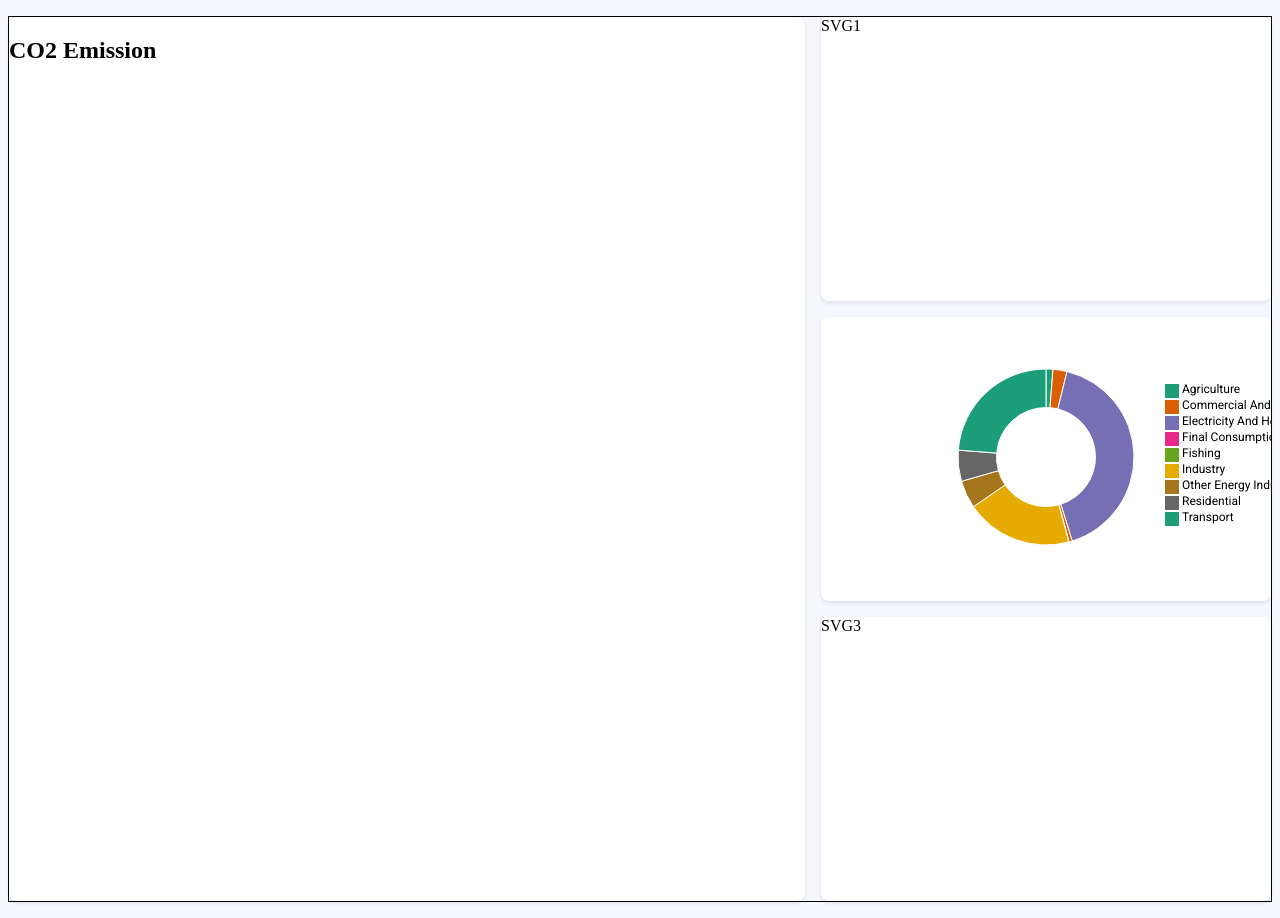
Repository: losmarco/CO2-Emission-Data-Dashboard
Page: index.html
The author's editor kept a copy of each file at every save. The page is drawn from the files as they stood at one save, then again after the next save.
The browser window is 1280 px wide. The pictures show the whole page.
The style sheet was rebuilt from its Sass, Less or Tailwind sources for each picture, by a compiler version that may differ from the author's.

Above is the page before, as saved 2020-03-29 17:47:41.

### index.html
<!DOCTYPE html>
<html lang="en">
<head>
    <meta charset="UTF-8">
    <meta name="viewport" content="width=device-width, initial-scale=1.0">
    <meta http-equiv="X-UA-Compatible" content="ie=edge">
    <title>CO2 Emission Data Chart</title>

    <link rel="stylesheet" href="style.css">
    <script src="https://d3js.org/d3.v5.min.js"></script>
</head>
<body>
    <div class="container">
        <div class="card main_graph">
            <h2>CO2 Emission</h2>
        </div>


        <div class="card graph1">SVG1</div>
        <div class="card graph2">
            <div id="donut"></div>
        </div>
        <div class="card graph3">SVG3</div>
    </div>
</body>
    <script src="javascript/master.js"></script>
    <script src="javascript/chart.js"></script>
</html>

### javascript/master.js
//Parsing CSV file

### javascript/chart.js
//This document is for d3 related script ( ͡° ͜ʖ ͡°)

//Donut Chart
// set the dimensions and margins of the graph
var width = 450
    height = 280
    margin = 30
// The radius of the pieplot is half the width or half the height (smallest one). I subtract a bit of margin.
var radius = Math.min(width, height) / 2 - margin

//append the svg object to the div called 'donut'
var svg = d3.select("#donut")
            .append("svg")
            .attr("width", width)
            .attr("height", height)
            .append("g")
            .attr("transform", "translate(" + width / 2 + "," + height / 2 + ")");




//Color
var color = d3.scaleOrdinal()
.domain(["Agriculture",
        "Commercial And Public Services",
        "Electricity And Heat Producers",
        "Final Consumption Not Else where Specified",
        "Fishing",
        "Industry",
        "Other Energy Industries",
        "Residential",
        "Transport"])
.range(d3.schemeDark2);

d3.csv("data/world-sector.csv")
  .then(function(csvdata){

    var latestData = csvdata[csvdata.length - 1];

    var agri = parseInt(latestData.agriculture),
        cap = parseInt(latestData.commercialAndPublicServices),
        eahp = parseInt(latestData.electricityAndHeatProducers),
        fcnes = parseInt(latestData.finalConsumptionNotElsewhereSpecified),
        fishing = parseInt(latestData.fishing),
        industry = parseInt(latestData.industry),
        oei = parseInt(latestData.otherEnergyIndustries),
        residential = parseInt(latestData.residential),
        transport = parseInt(latestData.transport);

  const total = (agri + cap + eahp + fcnes + fishing + industry + oei + residential + transport);

  const percent = 100;

  var agri = ((agri/total) * percent).toFixed(2),
      cap = ((cap/total) * percent).toFixed(2),
      eahp = ((eahp/total) * percent).toFixed(2),
      fcnes = ((fcnes/total) * percent).toFixed(2),
      fishing = ((fishing/total) * percent).toFixed(2),
      industry = ((industry/total) * percent).toFixed(2),
      oei = ((oei/total) * percent).toFixed(2),
      residential = ((residential/total) * percent).toFixed(2),
      transport = ((transport/total) * percent).toFixed(2);


  //Final Data
  var data = {"Agriculture": agri,
              "Commercial And Public Services": cap,
              "Electricity And Heat Producers": eahp,
              "Final Consumption":fcnes ,
              "Fishing": fishing,
              "Industry":industry,
              "Other Energy Industries": oei,
              "Residential":residential,
              "Transport":transport
            }

  // Compute the position of each group on the pie:
  var pie = d3.pie()
    .sort(null) // Do not sort group by size
    .value(function(d) {return d.value; })
  var data_ready = pie(d3.entries(data))

  // The arc generator + hole size
  var arc = d3.arc()
    .innerRadius(radius * 0.45)
    .outerRadius(radius * 0.8)

  // Build the pie chart: Basically, each part of the pie is a path that we build using the arc function.
  svg.selectAll('allSlices')
      .data(data_ready)
      .enter()
      .append('path')
      .attr('d', arc)
      .attr('fill', function(d){ return(color(d.data.key)) })
      .attr("stroke", "white")
      .style("stroke-width", "1px")
      .style("opacity", 1)


})//closing tag for d3.csv

//Legend
var legendRectSize = 12;
var legendSpacing = 4;

var legend = svg.selectAll('.legend')
                .data(color.domain())
                .enter()
                .append('g')
                .attr('class', 'legend')
                .attr('transform', function(d, i) {
                  var height = legendRectSize + legendSpacing;
                  var offset =  height * color.domain().length / 2;
                  var horz = 10 * legendRectSize;
                  var vert = i * height - offset;
                  return 'translate(' + horz + ',' + vert + ')';
});


legend.append('rect')
  .attr('width', legendRectSize)
  .attr('height', legendRectSize)
  .style('fill', color)
  .style('stroke', color);

legend.append('text')
  .attr('x', legendRectSize + legendSpacing )
  .attr('y', legendRectSize - legendSpacing)
  .text(function(d) { return d; });


//End of Donut Chart


  // Add the polylines between chart and labels:
  // svg
  //   .selectAll('allPolylines')
  //   .data(data_ready)
  //   .enter()
  //   .append('polyline')
  //     .attr("stroke", "black")
  //     .style("fill", "none")
  //     .attr("stroke-width", 1)
  //     .attr('points', function(d) {
  //       var posA = arc.centroid(d) // line insertion in the slice
  //       var posB = outerArc.centroid(d) // line break: we use the other arc generator that has been built only for that
  //       var posC = outerArc.centroid(d); // Label position = almost the same as posB
  //       var midangle = d.startAngle + (d.endAngle - d.startAngle) / 2 // we need the angle to see if the X position will be at the extreme right or extreme left
  //       posC[0] = radius * 0.95 * (midangle < Math.PI ? 1 : -1); // multiply by 1 or -1 to put it on the right or on the left
  //       return [posA, posB, posC]
  //     })

  // Add the polylines between chart and labels:
  // svg
  //   .selectAll('allLabels')
  //   .data(data_ready)
  //   .enter()
  //   .append('text')
  //     .text( function(d) { console.log(d.data.key) ; return d.data.key } )
  //     .attr('transform', function(d) {
  //         var pos = outerArc.centroid(d);
  //         var midangle = d.startAngle + (d.endAngle - d.startAngle) / 2
  //         pos[0] = radius * 0.99 * (midangle < Math.PI ? 1 : -1);
  //         return 'translate(' + pos + ')';
  //     })
  //     .style('text-anchor', function(d) {
  //         var midangle = d.startAngle + (d.endAngle - d.startAngle) / 2
  //         return (midangle < Math.PI ? 'start' : 'end')
  //     })

### style.scss
//Google Font
@import url('https://fonts.googleapis.com/css2?family=Roboto:ital,wght@0,100;0,300;0,400;0,500;0,700;0,900;1,100;1,300;1,400;1,500;1,700;1,900&display=swap');

// Font
@mixin header{
    font-family: 'Roboto', sans-serif;
    font-weight: 700;
}
@mixin text{
    font-family: 'Roboto', sans-serif;
    font-weight: 500;
    font-size: 12px;
}

// Color
$backgroun-white:#f4f7fc;
$white: #ffffff;
$grey: #828f95;
$black: #252831;
$purple: #7b43a1;
$orange: #ff9824;
$pink: #f2317a;
$primary-green:#58cf6c;
$secondary-green: #43a19e;

//Card
@mixin card-background{
    background-color: $white;
    border-radius: 8px;
    box-shadow: 0 2px 4px rgba(0,0,0,0.04), 0 2px 4px rgba(0,0,0,0.06);
}

body{
    background: $backgroun-white;
}

.container{
    display:grid;
    grid-template-rows: repeat(3, 1fr);
    grid-template-columns:repeat(4, 1fr);
    grid-gap: 1em;
    border: 1px solid black;
    margin: 1em auto;
}

.main_graph{
    grid-row:1/4;
    grid-column: 1/4;
}

.graph1{
    grid-row:1/2;
    grid-column: 4/5;
}

.graph2{
    grid-row:2/3;
    grid-column: 4/5;
    width: 450px;
    //  g{
    // transform: translateX(-150px);
    // }
    .legend {
        font-family: 'Roboto', sans-serif;
        font-size: 12px;
        font-weight:400;
    }
    rect {
        stroke-width: 2;
    }


}

.graph3{
    grid-row:3/4;
    grid-column: 4/5;
}

.card{
    @include card-background;
}
svg{
    margin: 0 auto;

}

After the next save:
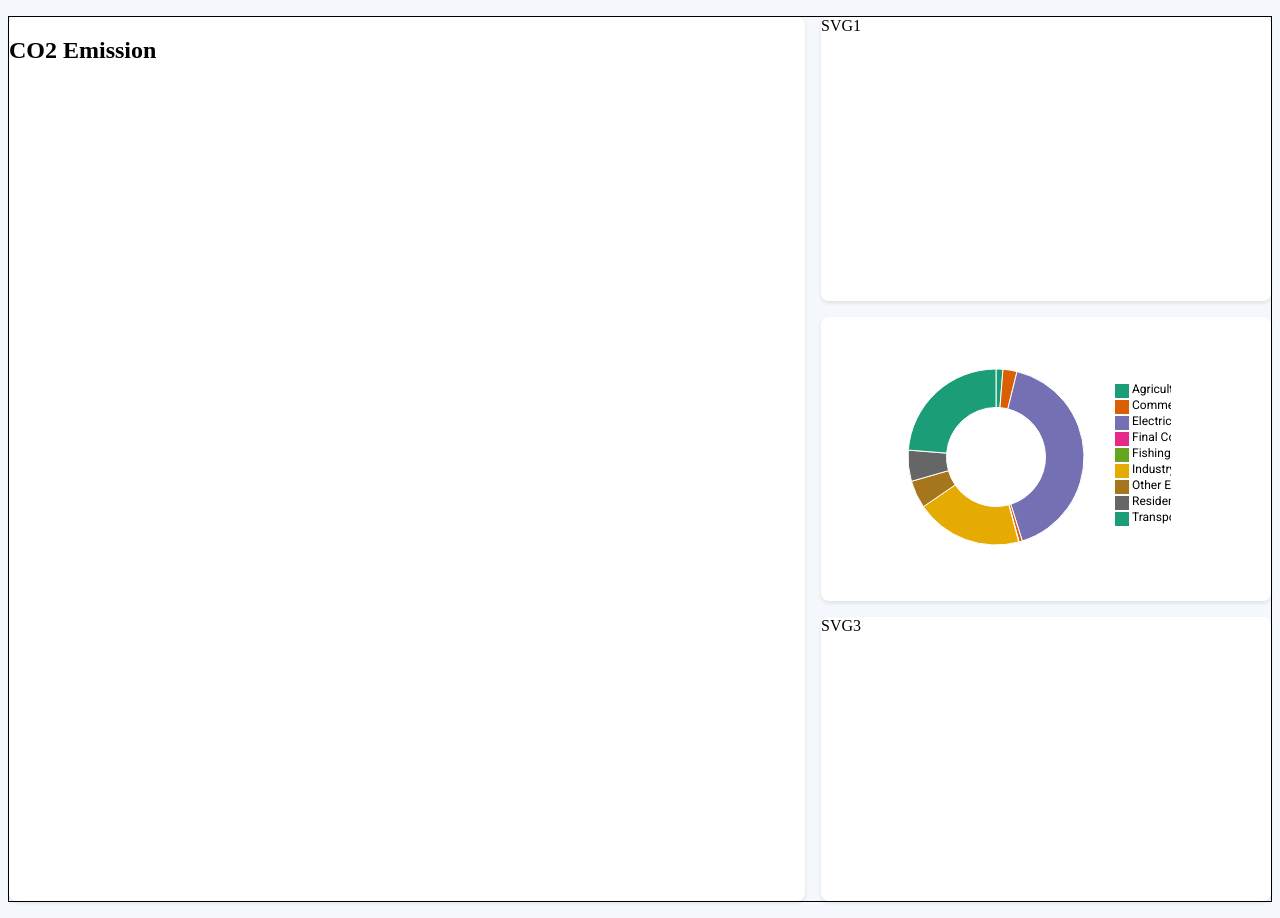
Saved 7 s later.
--- a/javascript/chart.js
+++ b/javascript/chart.js
@@ -2,7 +2,7 @@
 
 //Donut Chart
 // set the dimensions and margins of the graph
-var width = 450
+var width = 350
     height = 280
     margin = 30
 // The radius of the pieplot is half the width or half the height (smallest one). I subtract a bit of margin.

After the save that followed:
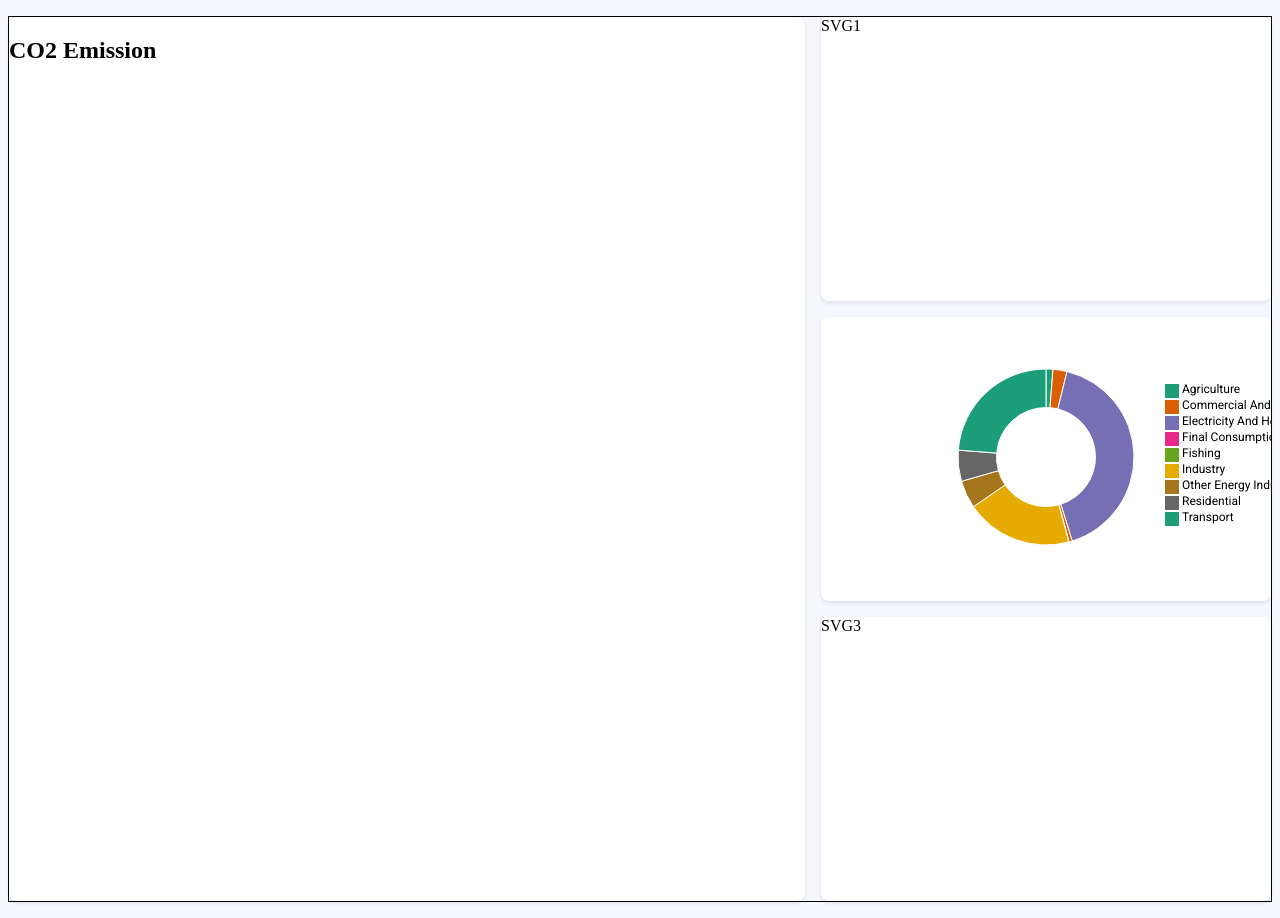
Saved 4 s later.
--- a/javascript/chart.js
+++ b/javascript/chart.js
@@ -2,7 +2,7 @@
 
 //Donut Chart
 // set the dimensions and margins of the graph
-var width = 350
+var width = 450
     height = 280
     margin = 30
 // The radius of the pieplot is half the width or half the height (smallest one). I subtract a bit of margin.
